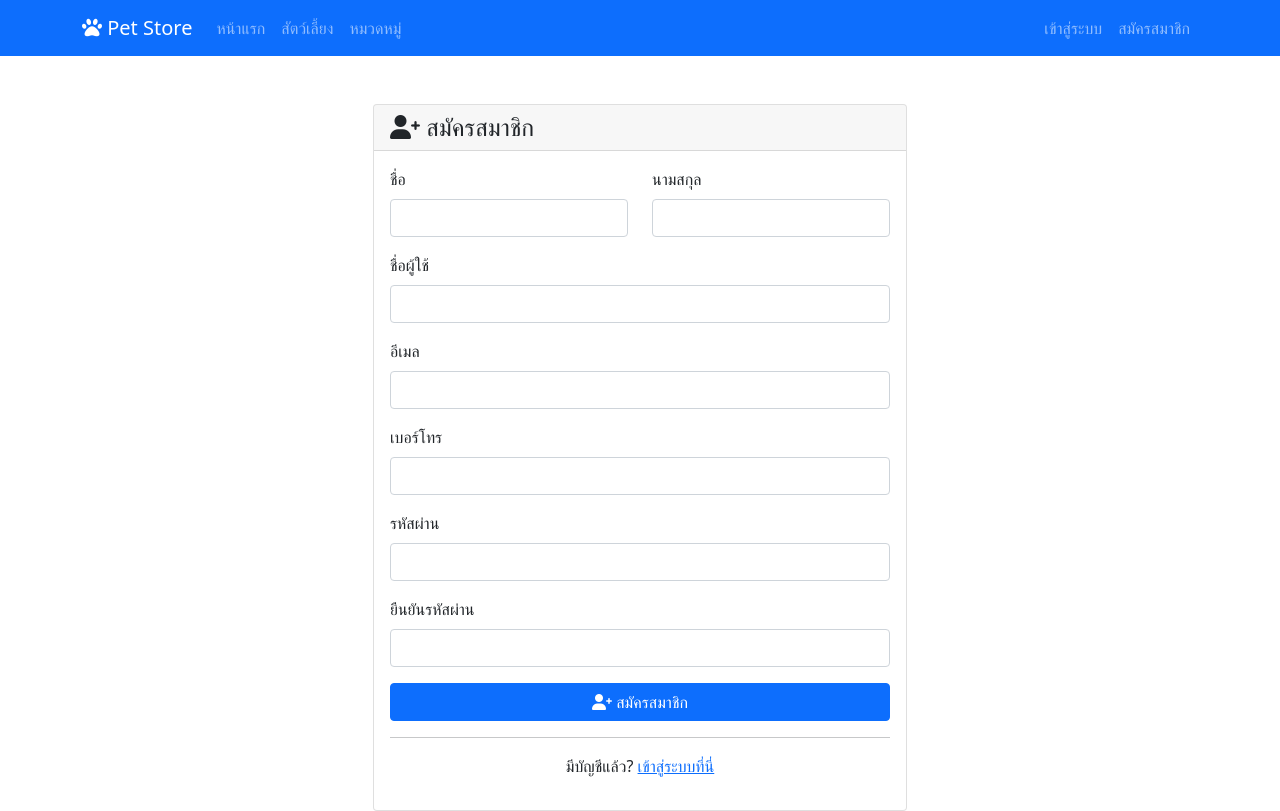
Repository: Napasakornch/SOA_PRO
Page: petstore_project/templates/auth/register.html
The author's editor kept a copy of each file at every save. The page is drawn from the files as they stood at one save, then again after the next save.
The browser window is 1280 px wide. The pictures show the whole page.
The template is drawn by Django 4.2. The application's start-up code is not run. Other server files are loaded and not shown. The template is opened directly, without the code that normally fills it, so the values that code supplies are empty.

Above is the page before, as saved 2025-11-06 21:57:37.

### petstore_project/templates/auth/register.html
{% extends 'base.html' %}

{% block title %}สมัครสมาชิก - Pet Store{% endblock %}

{% block content %}
<div class="container mt-5">
    <div class="row justify-content-center">
        <div class="col-md-6">
            <div class="card">
                <div class="card-header">
                    <h4 class="card-title mb-0">
                        <i class="fas fa-user-plus"></i> สมัครสมาชิก
                    </h4>
                </div>
                <div class="card-body">
                    <form method="post">
                        {% csrf_token %}

                        <div class="row">
                            <div class="col-md-6 mb-3">
                                <label for="first_name" class="form-label">ชื่อ</label>
                                <input type="text" class="form-control" id="first_name" name="first_name" required>
                            </div>
                            <div class="col-md-6 mb-3">
                                <label for="last_name" class="form-label">นามสกุล</label>
                                <input type="text" class="form-control" id="last_name" name="last_name" required>
                            </div>
                        </div>

                        <div class="mb-3">
                            <label for="username" class="form-label">ชื่อผู้ใช้</label>
                            <input type="text" class="form-control" id="username" name="username" required>
                        </div>

                        <div class="mb-3">
                            <label for="email" class="form-label">อีเมล</label>
                            <input type="email" class="form-control" id="email" name="email" required>
                        </div>

                        <div class="mb-3">
                            <label for="phone" class="form-label">เบอร์โทร</label>
                            <input type="tel" class="form-control" id="phone" name="phone">
                        </div>

                        <div class="mb-3">
                            <label for="password" class="form-label">รหัสผ่าน</label>
                            <input type="password" class="form-control" id="password" name="password" required>
                        </div>

                        <div class="mb-3">
                            <label for="password2" class="form-label">ยืนยันรหัสผ่าน</label>
                            <input type="password" class="form-control" id="password2" name="password2" required>
                        </div>

                        <button type="submit" class="btn btn-primary w-100">
                            <i class="fas fa-user-plus"></i> สมัครสมาชิก
                        </button>
                    </form>

                    <hr>

                    <div class="text-center">
                        <p>มีบัญชีแล้ว? <a href="{% url 'login' %}">เข้าสู่ระบบที่นี่</a></p>
                    </div>
                </div>
            </div>
        </div>
    </div>
</div>
{% endblock %}

### petstore_project/templates/base.html
<!DOCTYPE html>
<html lang="th">
<head>
    <meta charset="UTF-8">
    <meta name="viewport" content="width=device-width, initial-scale=1.0">
    <title>{% block title %}Pet Store{% endblock %}</title>
    <link href="https://cdn.jsdelivr.net/npm/bootstrap@5.1.3/dist/css/bootstrap.min.css" rel="stylesheet">
    <link rel="stylesheet" href="https://cdnjs.cloudflare.com/ajax/libs/font-awesome/6.0.0/css/all.min.css">
</head>
<body>
    <nav class="navbar navbar-expand-lg navbar-dark bg-primary">
        <div class="container">
            <a class="navbar-brand" href="{% url 'home' %}">
                <i class="fas fa-paw"></i> Pet Store
            </a>
            <div class="collapse navbar-collapse">
                <ul class="navbar-nav me-auto">
                    <li class="nav-item">
                        <a class="nav-link" href="{% url 'home' %}">หน้าแรก</a>
                    </li>
                    <li class="nav-item">
                        <a class="nav-link" href="{% url 'pet_list' %}">สัตว์เลี้ยง</a>
                    </li>
                    <li class="nav-item">
                        <a class="nav-link" href="{% url 'categories' %}">หมวดหมู่</a>
                    </li>
                </ul>
                <ul class="navbar-nav">
                    {% if user.is_authenticated %}
                        <li class="nav-item">
                            <a class="nav-link" href="{% url 'profile' %}">{{ user.username }}</a>
                        </li>
                        <li class="nav-item">
                            <form method="post" action="{% url 'logout' %}">
                                {% csrf_token %}
                                <button type="submit" class="btn btn-link nav-link">ออกจากระบบ</button>
                            </form>
                        </li>
                    {% else %}
                        <li class="nav-item">
                            <a class="nav-link" href="{% url 'login' %}">เข้าสู่ระบบ</a>
                        </li>
                        <li class="nav-item">
                            <a class="nav-link" href="{% url 'register' %}">สมัครสมาชิก</a>
                        </li>
                    {% endif %}
                </ul>
            </div>
        </div>
    </nav>

    <div class="container mt-4">
        {% if messages %}
            {% for message in messages %}
                <div class="alert alert-{{ message.tags }} alert-dismissible fade show">
                    {{ message }}
                    <button type="button" class="btn-close" data-bs-dismiss="alert"></button>
                </div>
            {% endfor %}
        {% endif %}

        {% block content %}
        {% endblock %}
    </div>

    <script src="https://cdn.jsdelivr.net/npm/bootstrap@5.1.3/dist/js/bootstrap.bundle.min.js"></script>
</body>
</html>

After the next save:
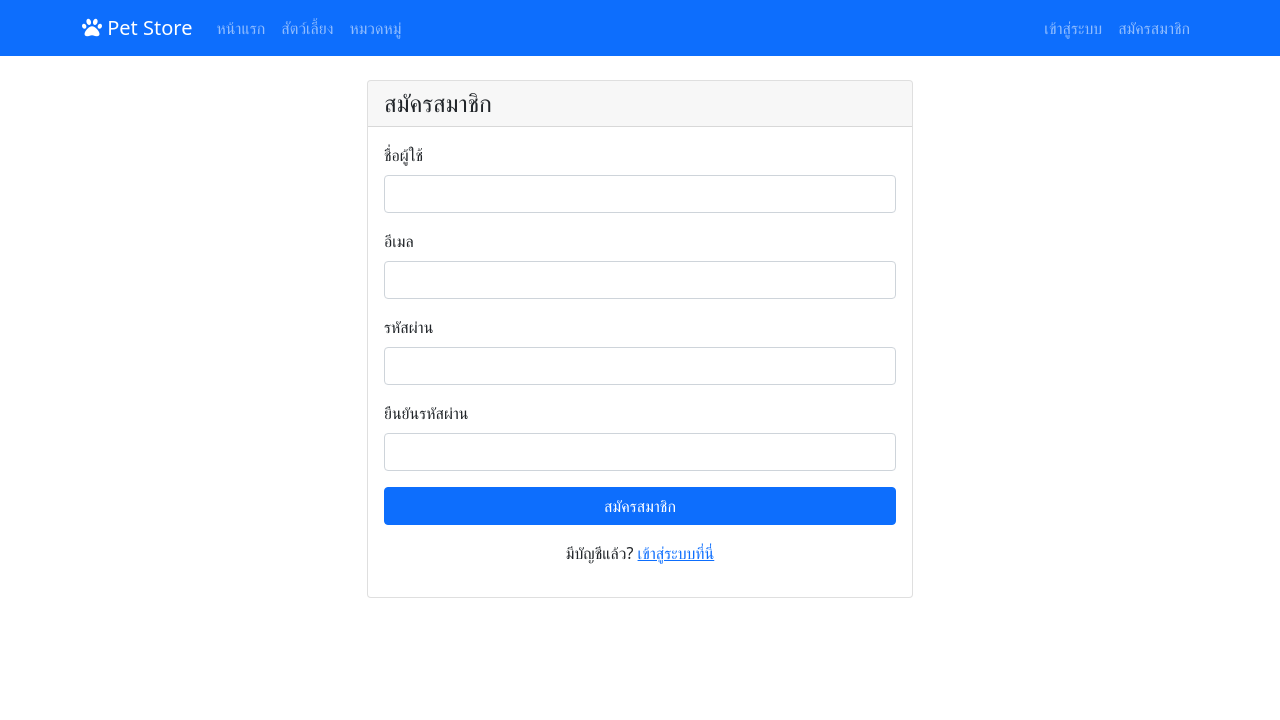
Saved 6 s later.
--- a/petstore_project/templates/auth/register.html
+++ b/petstore_project/templates/auth/register.html
@@ -3,65 +3,35 @@
 {% block title %}สมัครสมาชิก - Pet Store{% endblock %}
 
 {% block content %}
-<div class="container mt-5">
-    <div class="row justify-content-center">
-        <div class="col-md-6">
-            <div class="card">
-                <div class="card-header">
-                    <h4 class="card-title mb-0">
-                        <i class="fas fa-user-plus"></i> สมัครสมาชิก
-                    </h4>
-                </div>
-                <div class="card-body">
-                    <form method="post">
-                        {% csrf_token %}
-
-                        <div class="row">
-                            <div class="col-md-6 mb-3">
-                                <label for="first_name" class="form-label">ชื่อ</label>
-                                <input type="text" class="form-control" id="first_name" name="first_name" required>
-                            </div>
-                            <div class="col-md-6 mb-3">
-                                <label for="last_name" class="form-label">นามสกุล</label>
-                                <input type="text" class="form-control" id="last_name" name="last_name" required>
-                            </div>
-                        </div>
-
-                        <div class="mb-3">
-                            <label for="username" class="form-label">ชื่อผู้ใช้</label>
-                            <input type="text" class="form-control" id="username" name="username" required>
-                        </div>
-
-                        <div class="mb-3">
-                            <label for="email" class="form-label">อีเมล</label>
-                            <input type="email" class="form-control" id="email" name="email" required>
-                        </div>
-
-                        <div class="mb-3">
-                            <label for="phone" class="form-label">เบอร์โทร</label>
-                            <input type="tel" class="form-control" id="phone" name="phone">
-                        </div>
-
-                        <div class="mb-3">
-                            <label for="password" class="form-label">รหัสผ่าน</label>
-                            <input type="password" class="form-control" id="password" name="password" required>
-                        </div>
-
-                        <div class="mb-3">
-                            <label for="password2" class="form-label">ยืนยันรหัสผ่าน</label>
-                            <input type="password" class="form-control" id="password2" name="password2" required>
-                        </div>
-
-                        <button type="submit" class="btn btn-primary w-100">
-                            <i class="fas fa-user-plus"></i> สมัครสมาชิก
-                        </button>
-                    </form>
-
-                    <hr>
-
-                    <div class="text-center">
-                        <p>มีบัญชีแล้ว? <a href="{% url 'login' %}">เข้าสู่ระบบที่นี่</a></p>
+<div class="row justify-content-center">
+    <div class="col-md-6">
+        <div class="card">
+            <div class="card-header">
+                <h4 class="card-title mb-0">สมัครสมาชิก</h4>
+            </div>
+            <div class="card-body">
+                <form method="post">
+                    {% csrf_token %}
+                    <div class="mb-3">
+                        <label for="username" class="form-label">ชื่อผู้ใช้</label>
+                        <input type="text" class="form-control" id="username" name="username" required>
                     </div>
+                    <div class="mb-3">
+                        <label for="email" class="form-label">อีเมล</label>
+                        <input type="email" class="form-control" id="email" name="email" required>
+                    </div>
+                    <div class="mb-3">
+                        <label for="password" class="form-label">รหัสผ่าน</label>
+                        <input type="password" class="form-control" id="password" name="password" required>
+                    </div>
+                    <div class="mb-3">
+                        <label for="password2" class="form-label">ยืนยันรหัสผ่าน</label>
+                        <input type="password" class="form-control" id="password2" name="password2" required>
+                    </div>
+                    <button type="submit" class="btn btn-primary w-100">สมัครสมาชิก</button>
+                </form>
+                <div class="text-center mt-3">
+                    <p>มีบัญชีแล้ว? <a href="{% url 'login' %}">เข้าสู่ระบบที่นี่</a></p>
                 </div>
             </div>
         </div>
